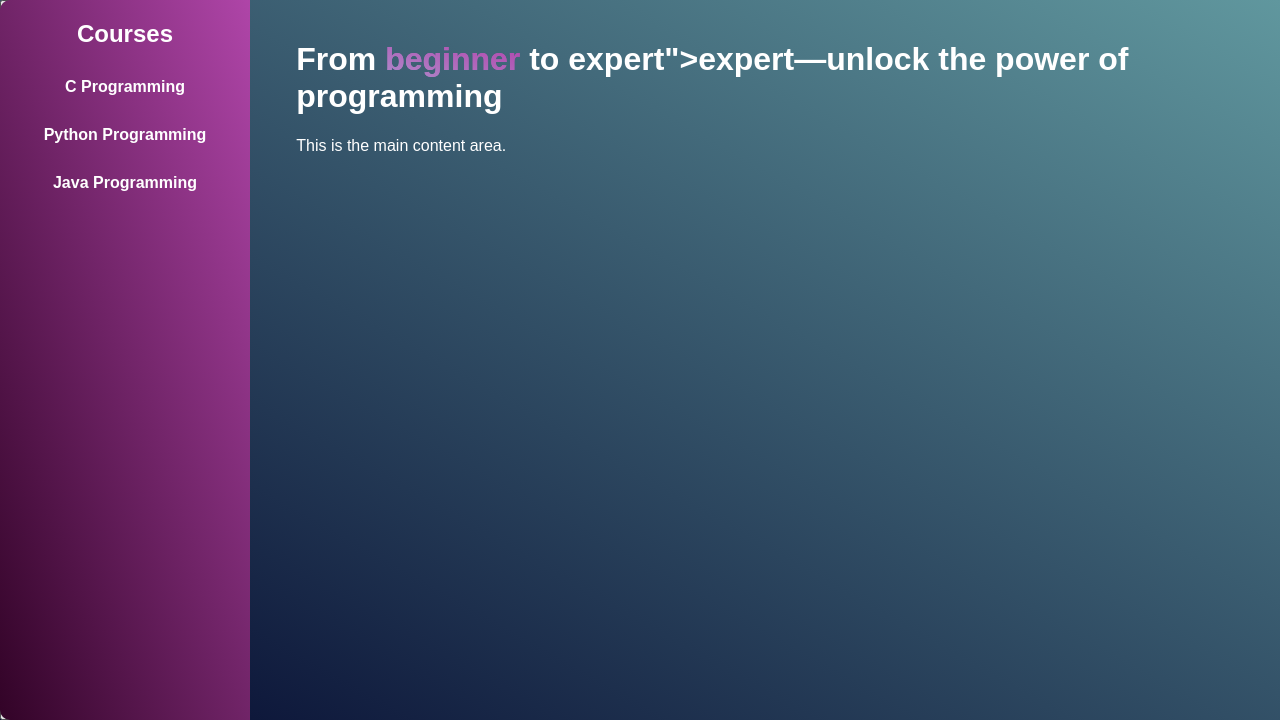
Repository: RishitSharma88/SeaGro
Page: templates/learningcourses.html
An editor plug-in stored every save of this project. The page is shown before and after the next save, followed by the edit.
The browser window is 1280 px wide. The pictures show the whole page.
The template is drawn by Flask 3. The application's start-up code is not run. The template is opened directly, without the code that normally fills it, so the values that code supplies are empty.

Above is the page before, as saved 2024-12-28 18:12:07.

After the next save:
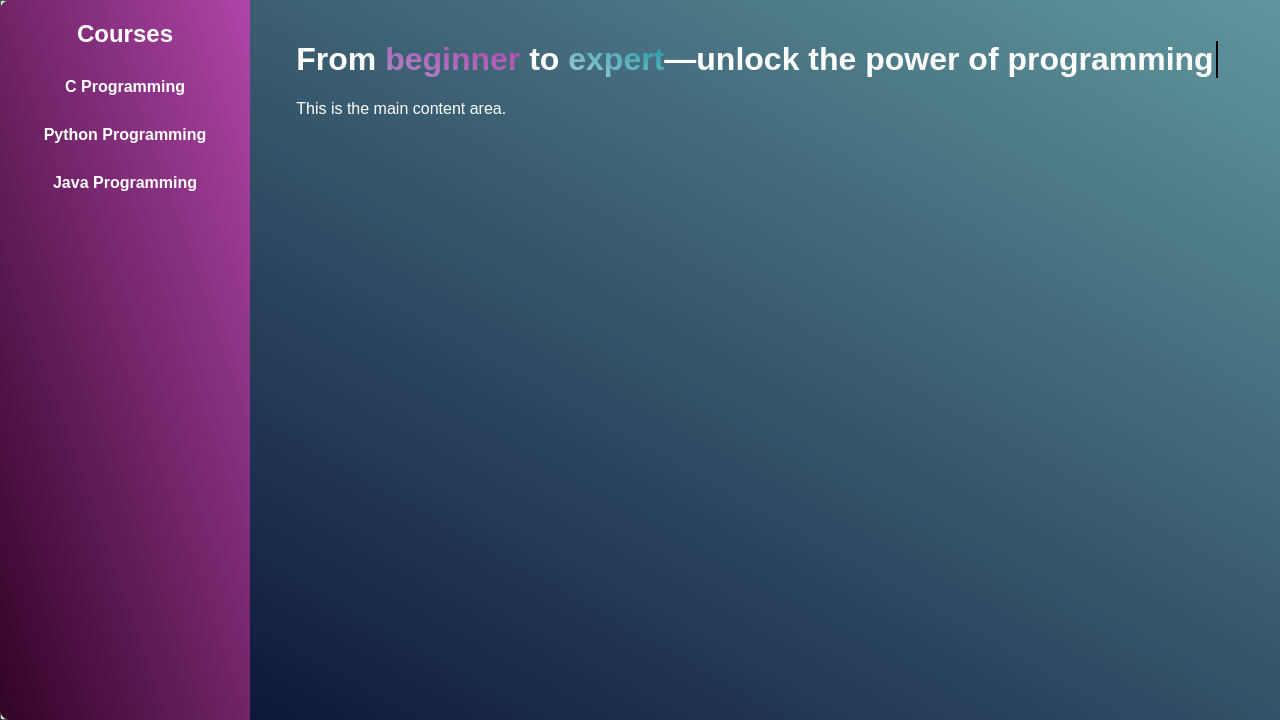
Saved 2 min 5 s later.
--- a/templates/learningcourses.html
+++ b/templates/learningcourses.html
@@ -154,33 +154,13 @@
 
     <div class="titlebox">
     <div class="main-content">
-        <h1 id="typing">
-
+        <h1 class="typing">
+            From <span class="highlight">beginner</span> to <span class="expert">expert</span>—unlock the power of programming
         </h1>
         <p>This is the main content area.</p>
     </div>
     </div>
 
-    <script>
-        const text = 'From beginner to expert—unlock the power of programming';
-        let i = 0;
-
-        function typeWriter() {
-            if (i < text.length) {
-                document.getElementById("typing").innerHTML += text.charAt(i);
-                i++;
-                setTimeout(typeWriter, 50);
-            }
-            if (i === text.length) {
-    const typingElement = document.getElementById("typing");
-    typingElement.innerHTML = typingElement.innerHTML.replace('beginner', '<span class="highlight">beginner</span>');
-    typingElement.innerHTML = typingElement.innerHTML.replace('expert', '<span class="expert">expert</span>');
-}
-
-        }
-
-        typeWriter();
-    </script>
 
     <!-- <script>
         const sidebar = document.querySelector('.sidebar');
